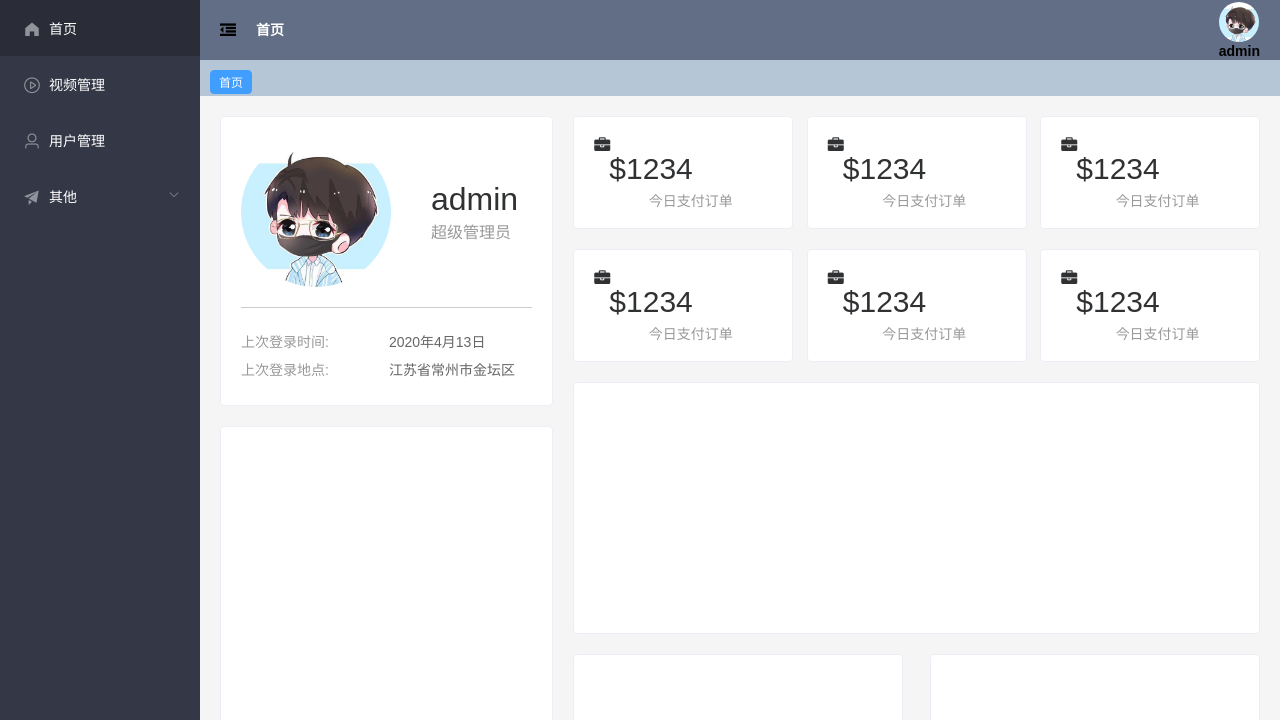
Repository: coWhy/vue-manage
Page: /
These files come from the project's save history. The page is drawn as it stood at one moment and after the next save; the edit follows.
The browser window is 1280 px wide. The pictures show the whole page.
An inner scrolling area shows only its first screen. The project was rebuilt for these pictures with package versions that can differ from the ones it lists, and the page was loaded fresh each time. Also part of the build but not shown: vue.config.js.

Above is the page before, as saved 2020-04-13 23:34:58.

### src/main.js
import Vue from 'vue'
import App from './App.vue'
import router from './router'
import store from './store'
// 全局配置样式
import '@/assets/scss/reset.scss'
import '@/assets/font-awesome-4.7.0/css/font-awesome.css'
// 第三方包
import ElementUI from 'element-ui'
import 'element-ui/lib/theme-chalk/index.css'
// 自定义全局插件
import http from '@/plugins/http' // 自定义全局axios
// 引入Mock 主要是用于前端模拟使用 使用时 记得注释掉
import './mock'

Vue.config.productionTip = false
Vue.use(http)
console.log(
  `当前所处开发环境:【${process.env.NODE_ENV}】| 路由为: 【${process.env.VUE_APP_URL}】`
)
Vue.use(ElementUI)
new Vue({
  router,
  store,
  render: h => h(App)
}).$mount('#app')

### src/App.vue
<template>
  <div id="app">
    <router-view />
  </div>
</template>

<style lang="scss">
#app {
  // color: $theme-color;
  height: 100vh;
}
</style>

### src/router/index.js
import Vue from 'vue'
import VueRouter from 'vue-router'
//
const originalPush = VueRouter.prototype.push
VueRouter.prototype.push = function push(location) {
  return originalPush.call(this, location).catch(err => err)
}
Vue.use(VueRouter)

const routes = [
  {
    path: '/',
    component: () => import('@/views/layout/index'),
    children: [
      {
        path: '/',
        name: 'home',
        component: () => import('@/views/home/index')
      },
      {
        path: '/video',
        name: 'video',
        component: () => import('@/views/video/index')
      },
      {
        path: '/user',
        name: 'user',
        component: () => import('@/views/user/index')
      },
      {
        path: '/page1',
        name: 'page1',
        component: () => import('@/views/other/page1')
      },
      {
        path: '/page2',
        name: 'page2',
        component: () => import('@/views/other/page2')
      }
    ]
  }
]

const router = new VueRouter({
  routes
})

export default router

### src/store/index.js
import Vue from 'vue'
import Vuex from 'vuex'
import tag from './modules/tag'
Vue.use(Vuex)

export default new Vuex.Store({
  state: {},
  mutations: {},
  actions: {},
  modules: {
    tag
  }
})

### src/plugins/http.js
// 自定义开发插件
import axios from 'axios'

const MyHttpServer = {}

MyHttpServer.install = Vue => {
  // 基准地址
  // axios.defaults.baseURL = process.env.VUE_APP_URL
  const service = axios.create({
    baseURL: process.env.VUE_APP_URL, //请求基础url
    timeout: 3000 //  请求超时时间
  })
  // 添加请求拦截器 token拦截
  service.interceptors.request.use(
    config => {
      return config
    },
    err => {
      console.log(err)
    }
  )
  // 响应拦截器
  service.interceptors.response.use(
    response => {
      let res = {}
      //  此处对不同状态码 进行不同的操作 比如404 跳转页面等
      res.status = response.status
      res.data = response.data
      return res
    },
    err => {
      console.log(err)
    }
  )
  Vue.prototype.$http = axios
}
export default MyHttpServer

### src/mock/index.js
import Mock from 'mockjs'
import homeApi from './home'
Mock.setup({
  timeout: '200-2000' // 设置延时 [200 - 2000ms]
})
// 首页相关
// 拦截 /home/getData
Mock.mock('/home/getData', 'get', homeApi.getHomeData) // /\/home\/getData/.

### src/assets/scss/_variable.scss
// 全局配置样式 修改主题颜色
$theme-color: #33aef0;

### src/views/layout/index.vue
<template>
  <el-container class="container">
    <!-- 左侧菜单栏 -->
    <el-aside width="auto">
      <common-aside></common-aside>
    </el-aside>
    <el-container>
      <!-- 头部 -->
      <el-header class="header">
        <common-header></common-header>
      </el-header>
      <!-- Tab标签 -->
      <common-tag class="tag"></common-tag>
      <!-- 主体 -->
      <el-main>
        <router-view></router-view>
      </el-main>
    </el-container>
  </el-container>
</template>

<script>
import CommonAside from './components/aside/index'
import CommonHeader from './components/header/index'
import CommonTag from './components/tag/index'
export default {
  components: {
    CommonAside,
    CommonHeader,
    CommonTag
  }
}
</script>

<style lang="scss" scoped>
.container {
  height: 100%;
}
.header {
  background-color: #626e85; // 头部背景色
  width: 100%;
}
.main {
  padding-top: 0;
}
</style>

### src/views/home/index.vue
<template>
  <el-row class="home" :gutter="20">
    <!-- 左侧 -->
    <el-col :span="8">
      <!-- 用户信息描述 -->
      <el-card shadow="hover" style="height:290px">
        <!-- 头像部分 -->
        <div class="user">
          <img :src="userInfo.avatar" />
          <div class="userinfo">
            <p class="name">{{ userInfo.username }}</p>
            <p class="access">{{ userInfo.access }}</p>
          </div>
        </div>
        <!-- 登录后的相关信息描述 如ip 等-->
        <div class="login-info">
          <p>上次登录时间:<span>2020年4月13日</span></p>
          <p>上次登录地点:<span>江苏省常州市金坛区</span></p>
        </div>
      </el-card>
      <el-card shadow="hover" style="height:438px;margin-top:20px"> </el-card>
    </el-col>
    <!-- 右侧 -->
    <el-col :span="16">
      <!-- 顶部  -->
      <div class="num">
        <el-card shadow="hover" v-for="item in 6" :key="item">
          <!-- 图标部分 -->
          <i class="fa fa-briefcase" aria-hidden="true"></i>
          <!-- 详情部分  -->
          <div class="detail">
            <p class="num">$1234</p>
            <p class="txt">今日支付订单</p>
          </div>
        </el-card>
      </div>
      <!-- 底部 -->
      <el-card shadow="hover">
        <!-- 图表 -->
        <div style="height:210px"></div>
      </el-card>
      <div class="graph">
        <el-card shadow="hover">
          <div style="height:200px"></div>
        </el-card>
        <el-card shadow="hover">
          <div style="height:200px"></div>
        </el-card>
      </div>
    </el-col>
  </el-row>
</template>

<script>
export default {
  data() {
    return {
      // 用户信息
      userInfo: {
        username: 'admin', // 用户名
        avatar: require('@/assets/images/user.jpg'), // 用户头像
        access: '超级管理员' // 登录权限
      },
      countData: [{ name: '今日支付订单', value: 1234, icon: '' }]
    }
  },
  methods: {
    async getVideoData() {
      const res = await this.$http.get('/home/getData')
      console.log(res)
    }
  },
  created() {
    this.getVideoData()
  }
}
</script>

<style lang="scss" scoped>
@import '~@/assets/scss/home';
</style>

### src/store/modules/tag.js
export default {
  state: {
    isCollapse: false, // 左侧菜单栏是否折叠
    curMenu: null, // 点击选中的菜单
    menuList: [], // 全部菜单
    tagList: [
      // 首页是不可关闭的
      {
        path: '/',
        name: 'home',
        title: '首页',
        icon: 'el-icon-s-home'
      }
    ] // 存放tags 点击后 就存到里面去
  },
  mutations: {
    // 点击 菜单之后 对应的tab 标签也要 进入 tabList 进行存放
    // 首页 不加入tabList
    getMenu(state, selectedMenu) {
      if (selectedMenu.name !== 'home') {
        state.curMenu = selectedMenu
        let result = state.tagList.findIndex(
          item => item.name === selectedMenu.name
        )
        if (result === -1) {
          // 没找到这个tag 就放进tagList
          state.tagList.push(selectedMenu)
        }
      } else {
        state.curMenu = null
      }
    },
    // 关闭选中的tag
    closeTag(state, selectedTag) {
      // if (selectedTag.name !== 'home') {
      // }
      // 找到tag的索引 进行删除
      let result = state.tagList.findIndex(
        item => item.name === selectedTag.name
      )
      state.tagList.splice(result, 1)
    },
    // 折叠左侧菜单栏
    collapseAsideMenu(state) {
      state.isCollapse = !state.isCollapse
    }
  },
  actions: {},
  modules: {}
}

### src/mock/home.js
import Mock from 'mockjs'
export default {
  getHomeData: () => {
    return {
      code: 20000,
      data: [
        {
          name: 'SpringBoot',
          value: Mock.Random.float(1000, 10000, 0, 2)
        },
        {
          name: 'SpringBoot',
          value: Mock.Random.float(1000, 10000, 0, 2)
        },
        {
          name: 'React',
          value: Mock.Random.float(1000, 10000, 0, 2)
        },
        {
          name: 'Vue',
          value: Mock.Random.float(1000, 10000, 0, 2)
        },
        {
          name: '微信小程序',
          value: Mock.Random.float(1000, 10000, 0, 2)
        },
        {
          name: 'Es6',
          value: Mock.Random.float(1000, 10000, 0, 2)
        },
        {
          name: 'Java',
          value: Mock.Random.float(1000, 10000, 0, 2)
        }
      ]
    }
  }
}

### src/views/layout/components/aside/index.vue
<template>
  <el-menu
    default-active="2"
    class="el-menu-vertical-demo"
    :background-color="asideSetting.bgColor"
    :text-color="asideSetting.texteColor"
    :active-text-color="asideSetting.activeTextColor"
    :collapse="isCollapse"
  >
    <!-- 这是没有子级菜单的
    handleClickMenu(item) 将选中的菜单元素存入store中的menu 用于tab使用
    由于 分两种情况 所以 下面两种 都需要加上handleClickMenu 事件
    v-for="item in noChildrenList" 遍历元素列表
    :index="item.path"  路由相关
    :key="item.title" 索引 避免重复
    -->
    <!-- noChildrenList -->
    <el-menu-item
      :index="item.path"
      v-for="item in noChildrenList"
      :key="item.title"
      @click="handleClickMenu(item)"
    >
      <i :class="item.icon"></i>
      <span slot="title">{{ item.title }}</span>
    </el-menu-item>
    <!-- hasChildrenList -->
    <el-submenu
      :index="item.title"
      v-for="item in hasChildrenList"
      :key="item.title"
    >
      <template slot="title">
        <i :class="item.icon"></i>
        <span slot="title">{{ item.title }}</span>
      </template>
      <el-menu-item-group>
        <el-menu-item
          :index="subItem.path"
          v-for="subItem in item.children"
          :key="subItem.title"
          @click="handleClickMenu(subItem)"
        >
          <i :class="subItem.icon"></i>
          <span slot="title">{{ subItem.title }}</span>
        </el-menu-item>
      </el-menu-item-group>
    </el-submenu>
  </el-menu>
</template>

<script>
export default {
  computed: {
    noChildrenList() {
      // asideMenuList 没有 子级菜单
      return this.asideMenuList.filter(item => !item.children)
    },
    hasChildrenList() {
      // asideMenuList 有 子级菜单
      return this.asideMenuList.filter(item => item.children)
    },
    // 取出vuex中的是否折叠isCollapse
    isCollapse() {
      return this.$store.state.tag.isCollapse
    }
  },
  data() {
    return {
      asideSetting: {
        bgColor: '#343746', // 侧边栏背景颜色
        activeTextColor: '#4ffffb', // 选中字体的颜色
        texteColor: '#fff' // 默认字体颜色
      },
      //侧边栏菜单列表
      asideMenuList: [
        {
          path: '/',
          name: 'home',
          title: '首页',
          icon: 'el-icon-s-home'
        },
        {
          path: '/video',
          name: 'video',
          title: '视频管理',
          icon: 'el-icon-video-play'
        },
        {
          path: '/user',
          name: 'user',
          title: '用户管理',
          icon: 'el-icon-user'
        },
        {
          title: '其他',
          icon: 'el-icon-s-promotion',
          children: [
            {
              path: '/page1',
              name: 'page1',
              title: '页面1',
              icon: 'el-icon-setting'
            },
            {
              path: '/page2',
              name: 'page2',
              title: '页面2',
              icon: 'el-icon-setting'
            }
          ]
        }
      ]
    }
  },
  methods: {
    // 选中菜单 传入store
    handleClickMenu(item) {
      // 跳转到指定的页面
      this.$router.push({ name: item.name })
      this.$store.commit('getMenu', item)
    }
  }
}
</script>

<style lang="scss" scoped>
.el-menu {
  // 菜单占满容器
  height: 100%;
  border: none;
}
// 折叠样式
.el-menu-vertical-demo:not(.el-menu--collapse) {
  width: 200px;
  min-height: 400px;
}
</style>

### src/views/layout/components/header/index.vue
<template>
  <header class="header">
    <div class="l-content">
      <!-- 折叠标签 可以折叠左侧菜单栏 折叠：fa fa-outdent 展开： fa fa-indent -->
      <i
        :class="
          $store.state.tag.isCollapse === true
            ? 'fa fa-indent'
            : 'fa fa-outdent '
        "
        aria-hidden="true"
        @click="collapseAsideMenu()"
      ></i>
      <!-- 面包屑导航 -->
      <el-breadcrumb separator="/">
        <!-- 默认保留一个 首页 -->
        <el-breadcrumb-item :to="{ path: '/' }">首页</el-breadcrumb-item>
        <!-- curMenu 不为null的时候才渲染出来 -->
        <el-breadcrumb-item :to="curMenu.path" v-if="curMenu">
          {{ curMenu.title }}
        </el-breadcrumb-item>
      </el-breadcrumb>
    </div>
    <!-- 用户部分 头像 下拉菜单 等 -->
    <div class="r-content">
      <el-dropdown trigger="click" size="mini">
        <span class="el-dropdown-link">
          <!-- 用户头像 和 用户名 动态获取 -->
          <img :src="userInfo.avatar" class="avatar" />
          <span class="name">{{ userInfo.username }}</span>
        </span>
        <el-dropdown-menu slot="dropdown">
          <el-dropdown-item>个人中心</el-dropdown-item>
          <el-dropdown-item>退出登录</el-dropdown-item>
        </el-dropdown-menu>
      </el-dropdown>
    </div>
  </header>
</template>

<script>
import { mapState } from 'vuex'
export default {
  computed: {
    ...mapState({
      curMenu: state => state.tag.curMenu // 选中的菜单对象
    })
  },
  data() {
    return {
      // 用户信息
      userInfo: {
        username: 'admin', // 用户名
        avatar: require('@/assets/images/user.jpg') // 用户头像
      }
    }
  },
  methods: {
    // 折叠左侧菜单栏
    collapseAsideMenu() {
      this.$store.commit('collapseAsideMenu')
    }
  }
}
</script>

<style lang="scss" scoped>
.header {
  display: flex;
  height: 100%;
  align-items: center;
  justify-content: space-between;
}
.l-content {
  // width: 380;
  display: flex;
  align-items: center;
  i {
    margin-right: 20px;
  }
  justify-content: space-between;
}
.r-content {
  .avatar {
    width: 40px;
    height: 40px;
    border-radius: 50%;
  }
  .name {
    display: flex;
    height: 100%;
    color: black;
    font-weight: bolder;
    align-items: center;
  }
}
</style>
<style lang="scss">
.el-breadcrumb__item {
  .el-breadcrumb__inner {
    color: #b9d0fb;
    font-weight: normal;
  }
  &:last-child {
    .el-breadcrumb__inner {
      color: #ffffff;
      font-weight: bolder;
    }
  }
}
</style>

### src/views/layout/components/tag/index.vue
<template>
  <div class="tags">
    <!--  tabs标签
  不是首页才可以关闭
  选中tag颜色变化 :effect="$route.name === tag.name ? 'dark' : 'plain'"
  -->
    <el-tag
      size="small"
      :key="tag.name"
      v-for="tag in tagList"
      :closable="tag.name !== 'home'"
      :disable-transitions="false"
      @close="handleClose(tag)"
      @click="changeMenu(tag)"
      :effect="$route.name === tag.name ? 'dark' : 'plain'"
    >
      {{ tag.title }}
    </el-tag>
  </div>
</template>

<script>
import { mapState, mapMutations } from 'vuex'
export default {
  computed: {
    ...mapState({
      tagList: state => state.tag.tagList
    })
  },
  data() {
    return {}
  },
  methods: {
    ...mapMutations({
      closeTag: 'closeTag'
    }),
    // 关闭tag
    handleClose(tag) {
      this.closeTag(tag)
    },
    changeMenu(tag) {
      this.$store.commit('getMenu', tag)
      this.$router.push({ name: tag.name })
    }
  }
}
</script>

<style lang="scss" scoped>
.tags {
  background-color: #b5c6d6;
  position: relative;
  height: 42px;
  border: none;
  overflow: hidden;
  padding: 10px;
  .el-tag {
    padding-top: 1px;
    padding-bottom: 1px;
    margin-right: 15px;
    cursor: pointer;
  }
}
</style>

### src/assets/scss/home.scss
.home {
  .user {
    display: flex;
    align-items: center;
    padding-bottom: 20px;
    margin-bottom: 20px;
    border-bottom: 1px solid #ccc;
    img {
      width: 150px;
      height: 150px;
      border-radius: 50%;
      margin-right: 40px;
    }
    &info {
      .name {
        font-size: 32px;
        margin-bottom: 10px;
      }
      .access {
        color: #999999;
      }
    }
  }
  .login-info {
    p {
      line-height: 28px;
      font-size: 14px;
      color: #999999;
      span {
        color: #666666;
        margin-left: 60px;
      }
    }
  }
  .num {
    display: flex;
    flex-wrap: wrap;
    justify-content: space-between;
    .el-card {
      width: 32%;
      margin-bottom: 20px;
    }
    .icon {
      font-size: 30px;
      width: 80px;
      height: 80px;
      text-align: center;
      line-height: 80px;
      color: #fff;
    }
    .detail {
      margin-left: 15px;
      display: flex;
      flex-direction: column;
      justify-content: center;
      .num {
        font-size: 30px;
        margin-bottom: 10px;
      }
      .txt {
        font-size: 14px;
        text-align: center;
        color: #999999;
      }
    }
  }
  .graph {
    margin-top: 20px;
    display: flex;
    justify-content: space-between;
    .el-card {
      width: 48%;
    }
  }
}

Loaded but not shown: public/index.html (common file); src/assets/scss/reset.scss (common file); src/assets/font-awesome-4.7.0/css/font-awesome.css (library)

After the next save:
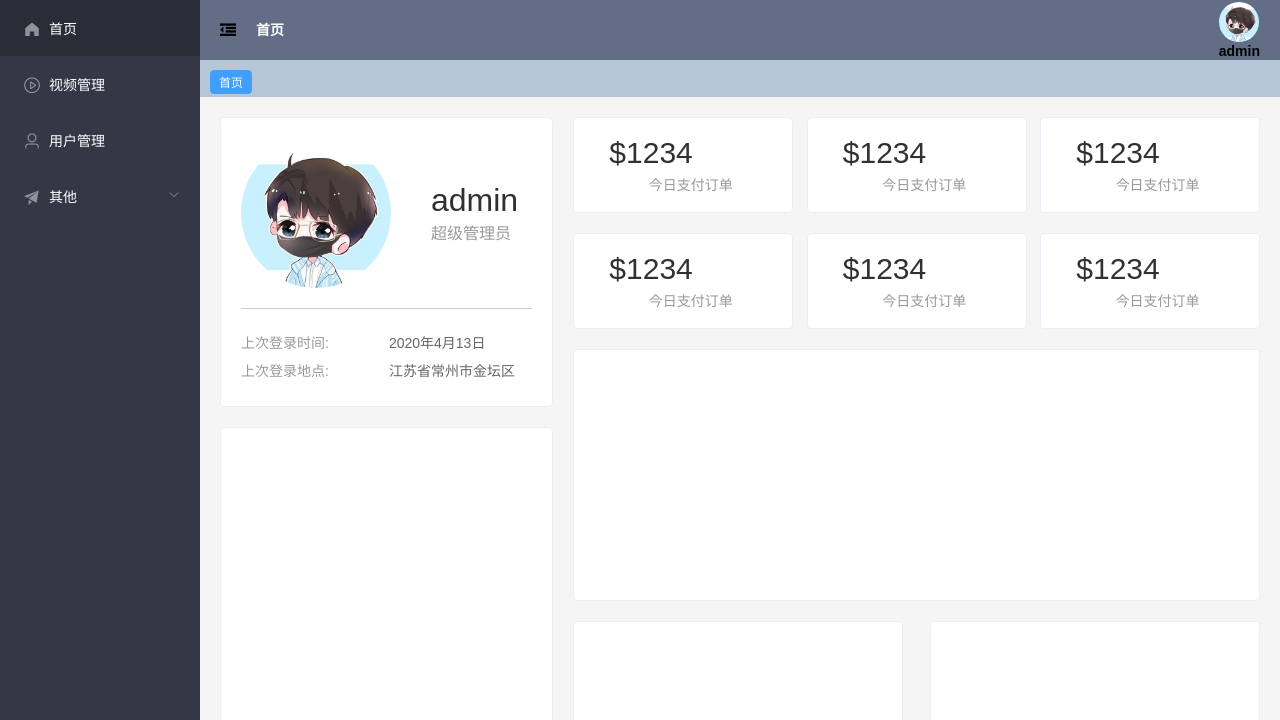
Saved 18 s later.
--- a/src/views/home/index.vue
+++ b/src/views/home/index.vue
@@ -26,7 +26,7 @@
       <div class="num">
         <el-card shadow="hover" v-for="item in 6" :key="item">
           <!-- 图标部分 -->
-          <i class="fa fa-briefcase" aria-hidden="true"></i>
+          <i class="icon"></i>
           <!-- 详情部分  -->
           <div class="detail">
             <p class="num">$1234</p>
